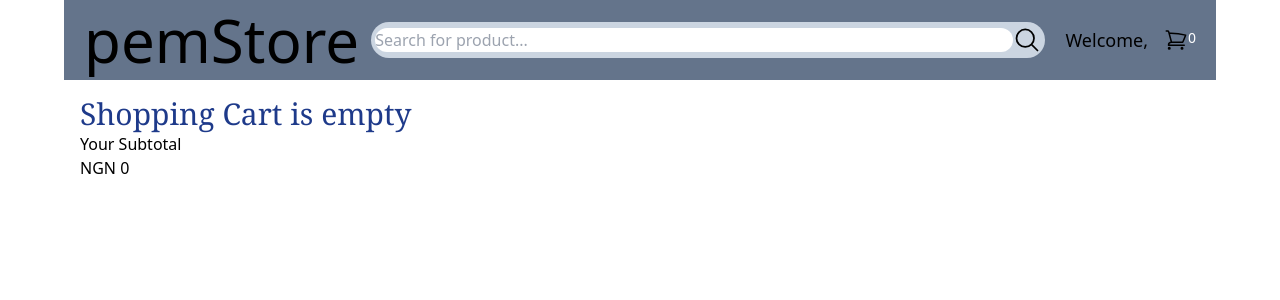
Repository: Semanmernstack/pemstore
Page: /checkout
The author's editor kept a copy of each file at every save. The page is drawn from the files as they stood at one save, then again after the next save.
The browser window is 1280 px wide. The pictures show the whole page.
The page's requests for data from a server got no answer. The project was rebuilt for these pictures with package versions that can differ from the ones it lists, and the page was loaded fresh each time. The framework's server and built-in components were replaced by stand-ins that run in the browser. No one was signed in, and anything a server would have sent is missing. Also part of the build but not shown: next.config.js, components/CheckoutProduct.js.

Above is the page before, as saved 2022-11-06 04:48:01.

### pages/_app.js
import '../styles/globals.css'
import { SessionProvider } from "next-auth/react"
import { Provider } from 'react-redux'
import { store } from '../store'


function MyApp({ Component, pageProps: { session, ...pageProps }, }) {
  return (
    <SessionProvider session={session}>
      <Provider store={store}  >
        <Component {...pageProps} />
      </Provider>


    </SessionProvider>
  )
}

export default MyApp

### pages/checkout.js
import { useSession } from 'next-auth/react'
import React from 'react'
import { useSelector } from 'react-redux'
import CheckoutProduct from '../components/CheckoutProduct'
import Header from '../components/Header'
import { selectItems } from '../slices/basketSlice'

function Checkout() {
    const { data: session } = useSession()
    const items = useSelector(selectItems)
  return (
    <div  className=" mx-auto max-w-6xl "  >
        <Header />
        <div className="h-20 p-4">
        <div className="flex items-center text-3xl font-serif text-blue-900 space-x-4 ">
            <h1>{items.length === 0 ? "Shopping Cart is empty"  : "Your  pemStore Cart" }   </h1>
            <p>{session?.user.name}</p>
        </div>
        <div>
            <h1>Your Subtotal</h1>
            <span>NGN 0</span>
        </div>
        </div>

        {items.map((item, i) => (
            <CheckoutProduct
                key={i}
                id={item.id}
                title={item.title}
                price={item.price}
                description={item.description}
                category={item.category}
                image={item.image}
            />
        ))}



    </div>
  )
}

export default Checkout

### store.js
import { configureStore } from '@reduxjs/toolkit';
import  basketReducer  from "./slices/basketSlice"
// ...

export const store = configureStore({
  reducer: {
    basket: basketReducer,


  },
})

### components/Header.js
import React from 'react'
import { useSession, signIn, signOut } from "next-auth/react"
import { useRouter } from 'next/router'
import { useSelector } from 'react-redux'
import { selectItems } from '../slices/basketSlice'

function Header() {
    const { data: session } = useSession()
    const router = useRouter()
    const items = useSelector(selectItems)

    return (
      <div className="flex  items-center   h-20 md:p-2  lg:p-5 bg-slate-500  sticky top-0 z-20">
          <div onClick={() => router.push("/")} className="mr-3  text-3xl md:text-5xl lg:text-6xl">
              <h1 className="cursor-pointer">pemStore</h1>
          </div>
          <div className="flex items-center flex-grow bg-slate-300 p-1 cursor-pointer rounded-full ">
              <input className="outline-none  rounded-full flex-grow   " type="text" placeholder="Search for product..." />
              <svg className="h-7 w-7"   xmlns="http://www.w3.org/2000/svg" fill="none" viewBox="0 0 24 24" strokeWidth={1.5} stroke="currentColor" >
                  <path strokeLinecap="round" strokeLinejoin="round" d="M21 21l-5.197-5.197m0 0A7.5 7.5 0 105.196 5.196a7.5 7.5 0 0010.607 10.607z" />
              </svg>
          </div>
          <div className="flex items-center  mx-2 lg:text-2xl">
          <div  onClick={!session ? signIn : signOut} className="flex items-center cursor-pointer text-sm md:text-lg mx-3">

              <p className="mr-1"> Welcome,</p>
              <p>{session?.user.name}</p>

          </div>
          <div onClick={() => router.push("/checkout")} className="relative flex items-center ">
              <svg xmlns="http://www.w3.org/2000/svg" fill="none" viewBox="0 0 24 24" strokeWidth={1.5} stroke="currentColor" className="w-6 h-6">
                  <path strokeLinecap="round" strokeLinejoin="round" d="M2.25 3h1.386c.51 0 .955.343 1.087.835l.383 1.437M7.5 14.25a3 3 0 00-3 3h15.75m-12.75-3h11.218c1.121-2.3 2.1-4.684 2.924-7.138a60.114 60.114 0 00-16.536-1.84M7.5 14.25L5.106 5.272M6 20.25a.75.75 0 11-1.5 0 .75.75 0 011.5 0zm12.75 0a.75.75 0 11-1.5 0 .75.75 0 011.5 0z" />
              </svg>
              <p className="absolute left-6 top-0 text-sm text-white   ">{items?.length}</p>
          </div>
          </div>

      </div>
    )
  }

  export default Header

### slices/basketSlice.js
import { createSlice } from '@reduxjs/toolkit';

const initialState = {
    items: [],
};




export const basketSlice = createSlice({
    name: "basket",
    initialState,
    // The `reducers` field lets us define reducers and generate associated actions
    reducers: {
        addtoBasket: (state, action) => {
            state.items = [...state.items, action.payload]
        },
        removeFromBasket: (state, action) => {
            const index = state.items.findIndex(
                (basketItem) => basketItem.id === action.payload.id
            )
            let newBasket = [...state.items];
            if (index >= 0) {
                newBasket.splice(index, 1)
            } else {
                console.warn(
                    `you cant remove product {id: ${action.payload.id}} as its not added`
                )
            }
            state.items = newBasket;
        }




    },

});

export const { addtoBasket, removeFromBasket } = basketSlice.actions;



export const selectItems = (state) => state.basket?.items;

export default basketSlice.reducer;

Loaded but not shown: styles/globals.css (common file); tailwind.config.js (common file)

After the next save:
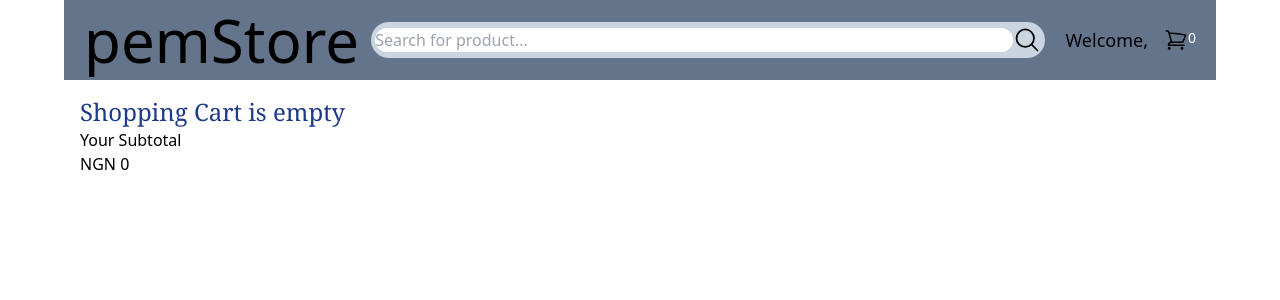
Saved 78 s later.
--- a/pages/checkout.js
+++ b/pages/checkout.js
@@ -12,8 +12,8 @@ function Checkout() {
     <div  className=" mx-auto max-w-6xl "  >
         <Header />
         <div className="h-20 p-4">
-        <div className="flex items-center text-3xl font-serif text-blue-900 space-x-4 ">
-            <h1>{items.length === 0 ? "Shopping Cart is empty"  : "Your  pemStore Cart" }   </h1>
+        <div className="flex items-center text-2xl font-serif text-blue-900 space-x-4 ">
+            <h1>{items.length === 0 ? "Shopping Cart is empty"  : "This is your pemStore Shopping Cart" }   </h1>
             <p>{session?.user.name}</p>
         </div>
         <div>
